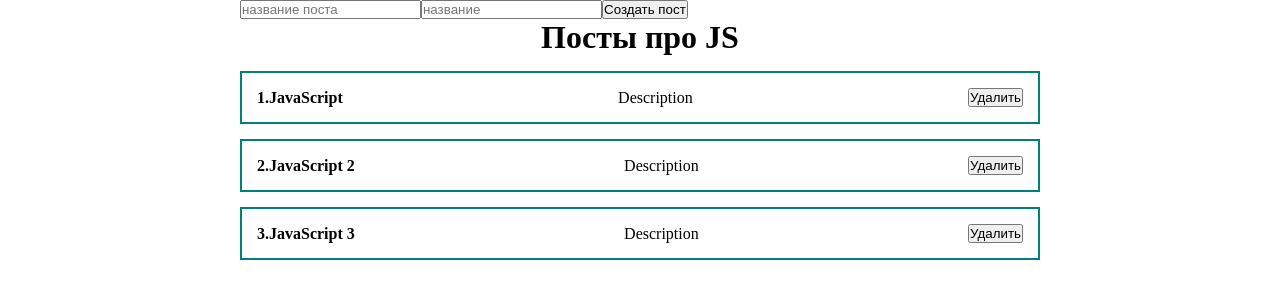
Repository: otvertka/ulb2_react
Page: / (app in jk_project/)
An editor plug-in stored every save of this project. The page is shown before and after a run of saves, followed by the edit.
The browser window is 1280 px wide. The pictures show the whole page.
The project was rebuilt for these pictures with package versions that can differ from the ones it lists, and the page was loaded fresh each time. Also part of the build but not shown: jk_project/src/component/Counter.jsx, jk_project/src/component/ClassCounter.jsx.

Above is the page before, as saved 2023-09-08 12:22:11.

### jk_project/public/index.html
<!DOCTYPE html>
<html lang="en">
  <head>
    <meta charset="utf-8" />

    <meta name="viewport" content="width=device-width, initial-scale=1" />

    <title>React App</title>
  </head>
  <body>
    <noscript>You need to enable JavaScript to run this app.</noscript>
    <div id="root"></div>
    <!-- Здесь будет приложение JS -->
  </body>
</html>

### jk_project/src/App.js
import React, { useState } from "react";
import Counter from "./component/Counter";
import ClassCounter from "./component/ClassCounter";
import classes from "./styles/App.css";
import PostItem from "./component/PostItem";
import PostList from "./component/PostList";

function App() {
  const [posts, setPosts] = useState([
    { id: 1, title: "JavaScript", body: "Description" },
    { id: 2, title: "JavaScript 2", body: "Description" },
    { id: 3, title: "JavaScript 3", body: "Description" },
  ]);

  return (
    <div className="App">
      <form>
        <input type="text" placeholder="название поста" />
        <input type="text" placeholder="название" />
        <button>Создать пост</button>
      </form>
      <PostList posts={posts} title="Посты про JS" />
    </div>
  );
}

export default App;

### jk_project/src/styles/app.css
* {
  margin: 0;
  padding: 0;
  box-sizing: border-box;
}

#root {
  display: flex;
  justify-content: center;
}

.App {
  width: 800px;
}

.post {
  display: flex;
  padding: 15px;
  border: 2px solid teal;
  margin-top: 15px;
  justify-content: space-between;
  align-items: center;
}

### jk_project/src/component/PostItem.jsx
import React from "react";

const PostItem = (props) => {
  console.log(props);
  return (
    <div>
      <div className="post">
        <div className="post__content">
          <strong>
            {props.post.id}.{props.post.title}
          </strong>
        </div>
        <div>{props.post.body}</div>
        <div className="post__btns">
          <button>Удалить</button>
        </div>
      </div>
    </div>
  );
};

export default PostItem;

### jk_project/src/component/PostList.jsx
import React from "react";
import PostItem from "./PostItem";

const PostList = ({ posts, title }) => {
  return (
    <div>
      <h1 style={{ textAlign: "center" }}>{title}</h1>
      {posts.map((post) => (
        <PostItem post={post} key={post.id} />
      ))}
    </div>
  );
};

export default PostList;

### jk_project/src/component/UI/button/MyButton.jsx
import React from "react";
import classes from "./MyButton";

const MyButton = (props) => {
  return <button className={classes.myBtn}></button>;
};

export default MyButton;

Loaded but not shown: jk_project/src/index.js (common file)

After the next 2 saves:
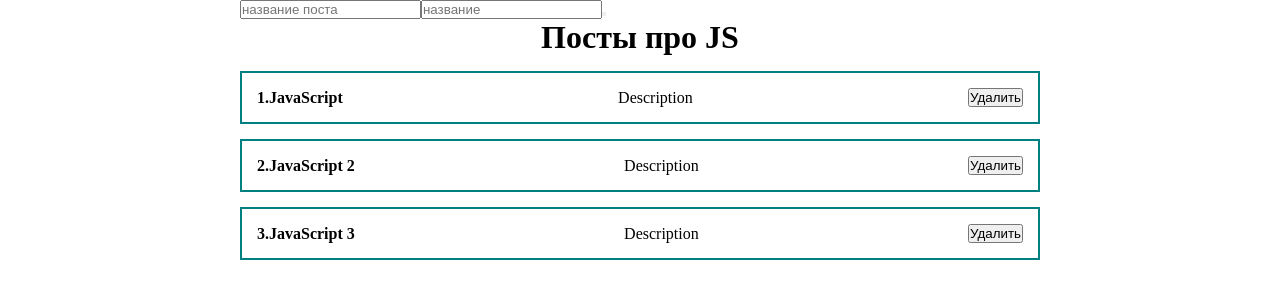
The 2 saves are shown as one change because 1 did not build or start.
The last was saved 34 s later.
--- a/jk_project/src/App.js
+++ b/jk_project/src/App.js
@@ -4,6 +4,7 @@ import ClassCounter from "./component/ClassCounter";
 import classes from "./styles/App.css";
 import PostItem from "./component/PostItem";
 import PostList from "./component/PostList";
+import MyButton from "./component/UI/button/MyButton";
 
 function App() {
   const [posts, setPosts] = useState([
@@ -17,7 +18,7 @@ function App() {
       <form>
         <input type="text" placeholder="название поста" />
         <input type="text" placeholder="название" />
-        <button>Создать пост</button>
+        <MyButton>Создать пост</MyButton>
       </form>
       <PostList posts={posts} title="Посты про JS" />
     </div>
